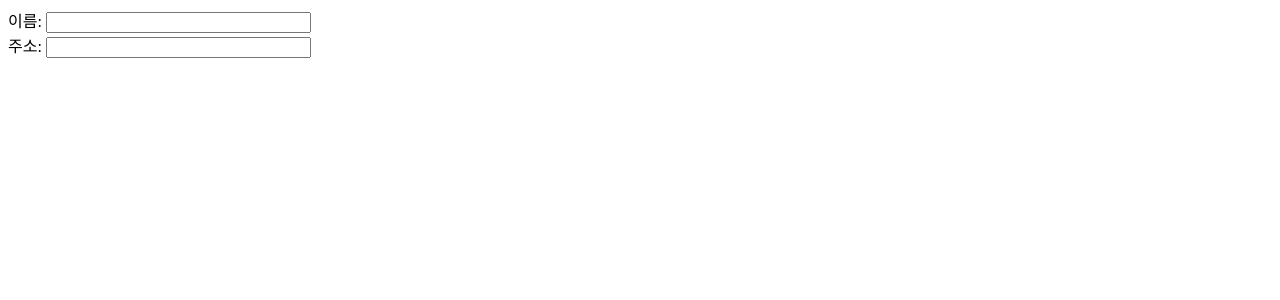
Repository: zhyuk/FullStackStudy
Page: http://localhost/jspfirst/08_05_form.jsp
The author's editor kept a copy of each file at every save. The page is drawn from the files as they stood at one save, then again after the next save.
The browser window is 1280 px wide. The pictures show the whole page.
The page is served by Tomcat 9.

Above is the page before, as saved 2024-08-27 02:09:02.

After the next save:
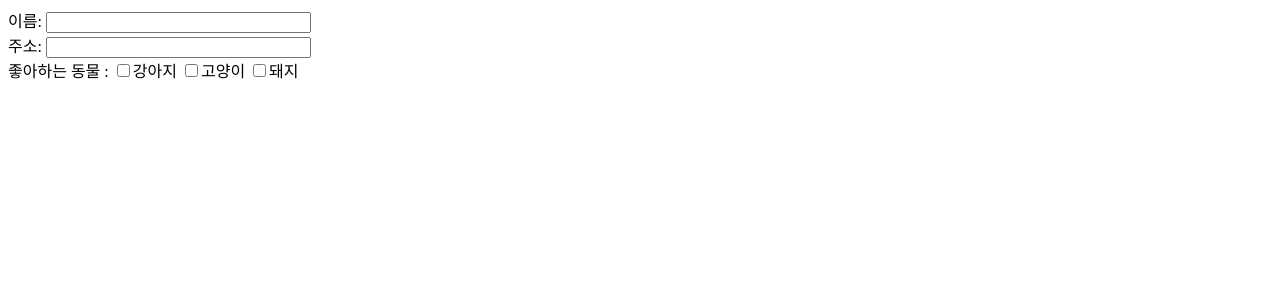
Saved 48 s later.
--- a/jsp/jspwork/jspfirst/src/main/webapp/08_05_form.jsp
+++ b/jsp/jspwork/jspfirst/src/main/webapp/08_05_form.jsp
@@ -11,6 +11,11 @@
 	<!-- 	<form action="08_04_requestInfo.jsp?id=admin" method="post"> -->
 		<label>이름: <input type="text" name="name" size="30"></label><br>
 		<label>주소: <input type="text" name="address" size="30"></label>
+
+		<br>좋아하는 동물 :
+		<label><input type="checkbox" name="pet" value="dog">강아지</label>
+		<label><input type="checkbox" name="pet" value="cat">고양이</label>
+		<label><input type="checkbox" name="pet" value="pig">돼지</label>
 	</form>
 </body>
 </html>
